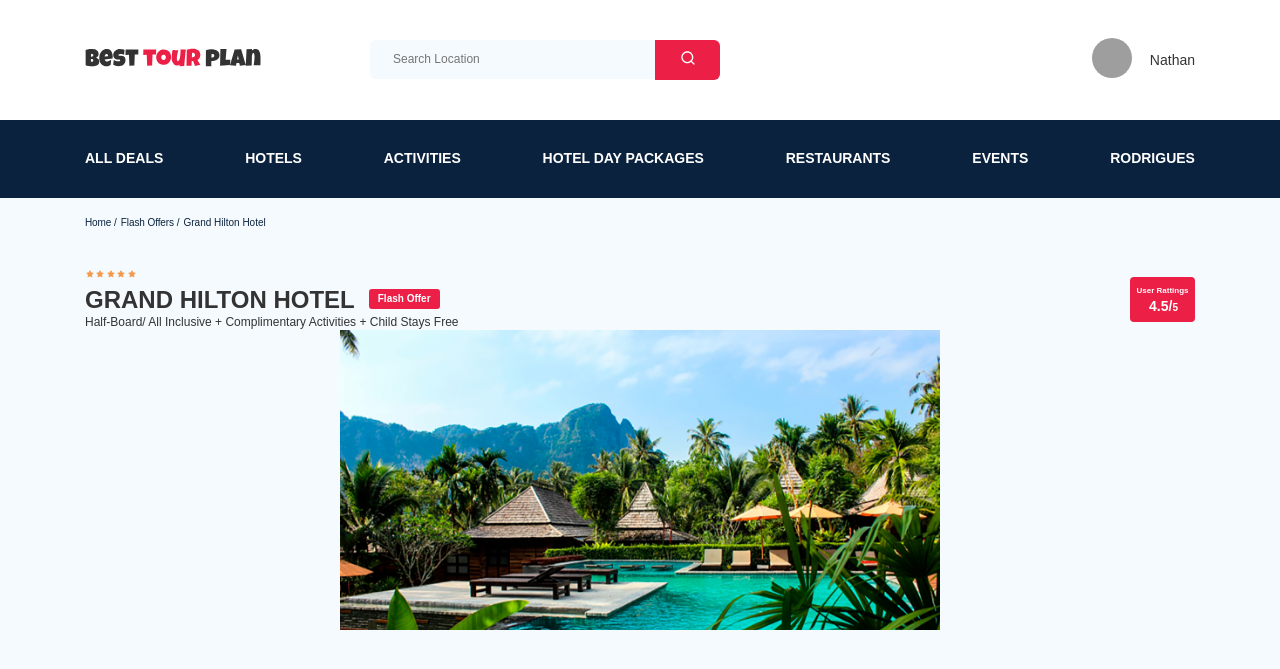
Repository: Nisovaki/tour-plan
Page: http://localhost/
An editor plug-in stored every save of this project. The page is shown before and after a run of saves, followed by the edit.
The browser window is 1280 px wide. The pictures show the whole page.
Pictures or frames that could not be fetched are drawn as grey boxes. Some web fonts or font styles are not loaded; a fallback is used. The page is run by PHP 8.4 with error messages shown; the project is at /var/www/html/. Style sheets and scripts are compiled from the project's sources, by tool versions that may differ from the author's.

Above is the page before, as saved 2022-01-17 17:42:40.

### src/index.html
<!DOCTYPE html>
<html lang="en">
<head>
   <meta charset="UTF-8">
   <meta http-equiv="X-UA-Compatible" content="IE=edge">
   <meta name="viewport" content="width=device-width, initial-scale=1.0">
   <!-- Подключение favicon -->
   <link rel="apple-touch-icon" sizes="180x180" href="img/Favicon/apple-touch-icon.png">
   <link rel="icon" type="image/png" sizes="32x32" href="img/Favicon/favicon-32x32.png">
   <link rel="icon" type="image/png" sizes="16x16" href="img/Favicon/favicon-16x16.png">
   <link rel="manifest" href="img/Favicon/site.webmanifest">
   <link rel="mask-icon" href="img/Favicon//safari-pinned-tab.svg" color="#5bbad5">
   <meta name="msapplication-TileColor" content="#da532c">
   <meta name="theme-color" content="#ffffff">
   <!-- Шрифт Mulish + Nunito -->
   <link rel="preconnect" href="https://fonts.googleapis.com">
   <link rel="preconnect" href="https://fonts.gstatic.com" crossorigin>
   <link href="https://fonts.googleapis.com/css2?family=Mulish:wght@400;700&family=Nunito:wght@400;700;800&display=swap"
      rel="stylesheet">
   <!-- Подключение слайдера -->
   <link rel="stylesheet" href="css/swiper-bundle.min.css">
   <!-- Подключение css -->
   <link rel="stylesheet" href="css/style.css">
   <title>Best tour plan - Hotel Booking</title>
</head>
<body>
   <header class="navbar">
      <div class="container">
         <div class="navbar-top">
            <a href="https://oshcherbakova.ru/tour-plan/" class="logo">
               <img src="img/header/horizontal-logo.svg" alt="Logo: Best tour plan" class="logo__image">
            </a>

            <form action="#" class="search navbar__search">
               <input type="text" class="search__input" placeholder="Search Location">
               <button class="search__button">
                  <img src="img/header/search.svg" alt="Icon: search" class="search__img">
               </button>
            </form>

            <a href="#" class="user navbar__user">
               <img src="img/header/user-avatar.jfif" alt="avatar: Nathan" class="user__avatar">
               <span class="user__name">Nathan</span>
            </a>

            <button class="menu-button  navbar-top__menu-button">
               <span class="menu-button__line"></span>
               <span class="menu-button__line"></span>
               <span class="menu-button__line"></span>
            </button>
         </div>
         <!-- /.header-top -->
      </div>
      <!-- /.container -->
      <div class="navbar-bottom">
         <div class="container">
            <nav class="navbar-menu">
               <ul class="navbar-menu__list">
                  <li class="navbar-menu__item">
                     <a href="#" class="navbar-menu__link">All Deals</a>
                  </li>

                  <li class="navbar-menu__item">
                     <a href="#" class="navbar-menu__link">Hotels</a>
                  </li>

                  <li class="navbar-menu__item">
                     <a href="#" class="navbar-menu__link">Activities</a>
                  </li>

                  <li class="navbar-menu__item">
                     <a href="#" class="navbar-menu__link">Hotel Day Packages</a>
                  </li>

                  <li class="navbar-menu__item">
                     <a href="#" class="navbar-menu__link">Restaurants</a>
                  </li>

                  <li class="navbar-menu__item">
                     <a href="#" class="navbar-menu__link">Events</a>
                  </li>

                  <li class="navbar-menu__item">
                     <a href="#" class="navbar-menu__link">Rodrigues</a>
                  </li>
               </ul>
            </nav>
            <!-- /.navbar-menu -->
         </div>
         <!-- /.container -->
      </div>
      <!-- /.navbar-bottom -->
   </header>
   <!-- /.header -->
   <nav class="breadcrumb">
      <div class="container">
         <ul class="breadcrumb-list">
            <li class="breadcrumb-list__item">
               <a href="#" class="breadcrumb-list__link">Home</a>
            </li>

            <li class="breadcrumb-list__item">
               <a href="#" class="breadcrumb-list__link">Flash Offers</a>
            </li>

            <li class="breadcrumb-list__item">
               Grand Hilton Hotel
            </li>
         </ul>
      </div>
   </nav>
   <!-- /.breadcrumb -->
   <section class="hotel">
      <div class="container">
         <div class="hotel-info">
            <div class="hotel-info__text">
               <div class="hotel-wrapper">
                  <div class="stars">
                     <img src="img/hotel/Star.svg" alt="star" class="stars__img">
                     <img src="img/hotel/Star.svg" alt="star" class="stars__img">
                     <img src="img/hotel/Star.svg" alt="star" class="stars__img">
                     <img src="img/hotel/Star.svg" alt="star" class="stars__img">
                     <img src="img/hotel/Star.svg" alt="star" class="stars__img">
                  </div>
                  <h1 class="hotel-name hotel-info__name">Grand Hilton Hotel</h1>
                  <span class="offer hotel-info__offer">Flash Offer</span>
                  <p class="hotel-description hotel-info__description">Half-Board<span class="hotel-description__space">&nbsp;</span>/ All Inclusive + Complimentary Activities + Child Stays Free</p>
               </div>
            </div>
            <!-- /.hotel-info__text -->
            <div class="rating hotel-info__rating">
               <span class="rating__text">User Rattings</span>
               <span class="rating__counter">4.5/<span class="rating__counter-sub">5</span></span>
            </div>
            <!-- /.hotel-info__rating -->
         </div>
         <!-- /.hotel-info -->
         <div class="hotel-grid">
            <div class="slider">
               <!-- Slider main container -->
               <div class="swiper">
                  <!-- Additional required wrapper -->
                  <div class="swiper-wrapper">
                     <!-- Slides -->
                     <div class="swiper-slide">
                        <img src="img/hotel/slider.jpg" alt="slide">
                     </div>
                     <div class="swiper-slide">
                        <img src="img/hotel/slider.jpg" alt="slide">
                     </div>
                     <div class="swiper-slide">
                        <img src="img/hotel/slider.jpg" alt="slide">
                     </div>
                     ...
                  </div>
                  <!-- If we need navigation buttons -->
                  <button class="swiper-buttom swiper-button--prev"></button>
                  <button class="swiper-buttom swiper-button--next"></button>
               </div>
               <!-- /swiper-container -->
            </div>
            <!-- /slider -->
         </div>
         <!-- /hotel-grid -->
      </div>
      <!-- /.container -->
   </section>
   <!-- /.hotel -->

   <!-- Слайдер -->
   <script src="js/swiper-bundle.min.js"></script>
   <script src="js/main.js"></script>
</body>
</html>

### src/sass/style.sass
// Подключение Normalize.scss
@import '_normalize.scss'
// Подключение переменных
@import '_variables.sass'
// Подключение базовых настроек
@import '_settings.sass'
// Стили для блока Header
@import 'blocks/_header.sass'
// Хлебные крошки
@import 'blocks/_breadcrumb.sass'
// Стили блока отель
@import 'blocks/_hotel.sass'
// Подключение стилей для адаптива
@import '_media.sass'

### src/sass/_variables.sass
$primary: #EC1F46
$secondary: #F5FAFE
$text-colors: #333333
$dark: #0A223D
$light: #ffffff

### src/sass/_settings.sass
*
   box-sizing: border-box
body
   font-family: 'Mulish', sans-serif
   background-color: $secondary
   color: $text-colors
.container
   max-width: 1110px
   margin: auto
img
   max-width: 100%

### src/sass/blocks/_header.sass
.navbar
   background-color: $light
   &-top
      display: flex
      align-items: center
      justify-content: space-between
      padding: 40px 0
      &__menu-button
         display: none
   &__search
      margin-right: auto
      margin-left: 108px
   &-bottom
      background-color: $dark
   &-menu
      padding-top: 29px
      padding-bottom: 31px
      &__list
         list-style-type: none
         margin: 0
         padding: 0
         display: flex
         align-items: center
         justify-content: space-between
         color: $light
      &__link
         text-decoration: none
         color: inherit
         text-transform: uppercase
         font-size: 14px
         font-weight: 700
         line-height: 18px
.logo
   width: 177px
.search
   display: flex
   position: relative
   overflow: hidden
   border-radius: 6px
   height: 40px
   &__input
      margin-top: -1px
      width: 350px
      height: 100%
      padding-left: 23px
      padding-right: 75px
      background-color: #F5FAFE
      border-radius: 6px
      border: none
      font-size: 12px
      line-height: 15px
      outline: none
   &__button
      position: absolute
      top: 0
      right: 0
      width: 65px
      height: 100%
      border: none
      background-color: $primary
      cursor: pointer
   &__img
      margin-top: 1px
.user
   display: flex
   align-items: center
   text-decoration: none
   color: inherit
   &__avatar
      margin-top: -5px
      width: 40px
      height: 40px
      border-radius: 50%
      object-fit: cover
   &__name
      margin-left: 18px
      font-size: 14px
      line-height: 18px

### src/sass/blocks/_breadcrumb.sass
.breadcrumb
   &-list
      display: flex
      align-items: center
      padding: 18px 0
      margin: 0
      list-style: none
      &__item
         font-size: 10px
         line-height: 13px
         color: $dark
         &:not(:last-child)
            &::after
               content: '/'
               margin-right: 4px
      &__link
         text-decoration: none
         color: $dark
         letter-spacing: -0.1px

### src/sass/blocks/_hotel.sass
.hotel
   padding-top: 17px
   padding-bottom: 70px
   &-info
      display: flex
      align-items: center
      justify-content: space-between
      &__offer
         margin-left: 14px
         margin-top: 1px
      &__name
         margin-top: 2px
         margin-bottom: 0px
      &__description
         margin: 0
      &__rating
         padding-top: 2px
         margin-top: 4px
   &-description
      font-size: 12px
      line-height: 15px
      flex-basis: 60%
      &__space
         display: none
   &-name
      font-size: 24px
      font-weight: 700
      line-height: 30px
      text-transform: uppercase
   &-wrapper
      display: flex
      flex-wrap: wrap
      align-items: center
.stars
   flex-basis: 100%
   margin-left: 1px
   &__img
      margin-right: -2px
.offer
   padding: 3px 9px 4px 9px
   font-size: 10px
   font-weight: 600
   line-height: 13px
   background-color: $primary
   border-radius: 3px
   color: $light
.rating
   max-width: 65px
   min-height: 45px
   text-align: center
   color: $light
   background-color: $primary
   border-radius: 4px
   &__text
      font-size: 8px
      font-weight: 600
      line-height: 10px
   &__counter
      margin-left: 2px
      font-size: 14px
      font-weight: 700
      line-height: 18px
      &-sub
         font-size: 10px
.swiper
  width: 600px
  height: 300px
  position: relative
  &-buttom
     position: absolute
     top: 0
     width: 30px
     height: 30px
     border: none
     background-color: red

### src/sass/_media.sass
@media (max-width: 1200px)
   .container
      max-width: 960px
@media (max-width: 992px)
   .container
      max-width: 700px
   .logo
      width: 132px
   .navbar
      &-top
         padding-top: 29px
         padding-bottom: 30px
      &__search
         margin-left: 7%
      &-menu
         padding: 20px 0
         &__list
            &:first-child
               margin-left: 14px
            &:last-child
               margin-right: 14px
         &__link
            font-size: 12px
   .search
      &__input
         margin-top: 1px
         width: 339px
         padding-left: 22px
      &__img
            margin-top: 4px
   .user
      &__avatar
         margin-top: 0px
      &__name
         margin-top: 4px
   .hotel
      padding-top: 15px
      &-info
         &__rating
            margin-top: 5px
      &-description
         flex-basis: 70%
         &__space
            display: inline
   .breadcrumb
      &-list
         padding: 19px 0
         &__item
            letter-spacing: -0.1px
   .rating
      &__counter
         margin-left: 0
@media (max-width: 768px)
   .container
      max-width: 576px
      width: 92%
   .navbar
      &__search, &-menu, &__user
         display: none
   .menu
      &-button
         display: flex
         width: 16px
         height: 11px
         padding: 0
         align-items: center
         justify-content: space-between
         flex-direction: column
         background-color: $light
         border: none
         cursor: pointer
         &__line
            width: 16px
            height: 1px
            background-color: $text-colors
   .stars
      flex-basis: content
   .hotel
      &-name
         flex-basis: 100%
      &-wrapper
         justify-content: space-between
      &-info
         &__text
            width: 100%
         &__name
            margin-top: 10px
         &__rating
            display: none
         &__offer
            order: -1
            margin-left: 0
@media (max-width: 576px)
   .container
      max-width: 95%
      .navbar
      &-top
         padding: 22px 0
         &__menu
            &-button
               margin-top: 7px
   .logo
      width: 99px
@media (min-width: 320px) and (max-width: 480px)
   .container
      max-width: 88%
   .navbar
      &-top
         padding-top: 22px
         padding-bottom: 29px
         &__menu
            &-button
               margin-top: 7px
               margin-right: 1px
   .hotel
      padding-top: 3px
      &-info
         &__offer
            margin-left: 2px
      &-description
         flex-basis: 100%
         line-height: 16px
         &__space
            display: none
   .stars
      margin-right: 18px

### src/img/header/search.svg
<svg width="16" height="16" viewBox="0 0 16 16" fill="none" xmlns="http://www.w3.org/2000/svg">
<path fill-rule="evenodd" clip-rule="evenodd" d="M7.33325 2.66668C4.75592 2.66668 2.66659 4.75601 2.66659 7.33334C2.66659 9.91067 4.75592 12 7.33325 12C9.91058 12 11.9999 9.91067 11.9999 7.33334C11.9999 4.75601 9.91058 2.66668 7.33325 2.66668ZM1.33325 7.33334C1.33325 4.01963 4.01954 1.33334 7.33325 1.33334C10.647 1.33334 13.3333 4.01963 13.3333 7.33334C13.3333 10.6471 10.647 13.3333 7.33325 13.3333C4.01954 13.3333 1.33325 10.6471 1.33325 7.33334Z" fill="white"/>
<path fill-rule="evenodd" clip-rule="evenodd" d="M10.6286 10.6286C10.889 10.3682 11.3111 10.3682 11.5714 10.6286L14.4714 13.5286C14.7318 13.7889 14.7318 14.211 14.4714 14.4714C14.2111 14.7317 13.789 14.7317 13.5286 14.4714L10.6286 11.5714C10.3683 11.311 10.3683 10.8889 10.6286 10.6286Z" fill="white"/>
</svg>

### src/img/hotel/Star.svg
<svg width="8" height="8" viewBox="0 0 8 8" fill="none" xmlns="http://www.w3.org/2000/svg">
<path fill-rule="evenodd" clip-rule="evenodd" d="M4.00005 0.333328C4.12692 0.333328 4.2428 0.405352 4.29895 0.51912L5.25147 2.44882L7.38159 2.76017C7.50711 2.77851 7.61134 2.86652 7.65047 2.98718C7.68959 3.10785 7.65683 3.24027 7.56596 3.32878L6.02489 4.82978L6.38859 6.95031C6.41004 7.07538 6.35862 7.20177 6.25596 7.27635C6.1533 7.35092 6.0172 7.36075 5.9049 7.30169L4.00005 6.29994L2.0952 7.30169C1.9829 7.36075 1.8468 7.35092 1.74414 7.27635C1.64148 7.20177 1.59006 7.07538 1.61151 6.95031L1.97521 4.82978L0.434139 3.32878C0.343267 3.24027 0.310509 3.10785 0.349635 2.98718C0.388761 2.86652 0.492988 2.77851 0.618508 2.76017L2.74863 2.44882L3.70115 0.51912C3.7573 0.405352 3.87318 0.333328 4.00005 0.333328ZM4.00005 1.41975L3.26895 2.90087C3.22044 2.99915 3.12671 3.06731 3.01826 3.08316L1.38285 3.3222L2.56596 4.47454C2.64459 4.55112 2.68047 4.6615 2.66192 4.76968L2.38278 6.39722L3.8449 5.6283C3.94203 5.57723 4.05807 5.57723 4.1552 5.6283L5.61732 6.39722L5.33818 4.76968C5.31963 4.6615 5.35552 4.55112 5.43414 4.47454L6.61725 3.3222L4.98184 3.08316C4.87339 3.06731 4.77966 2.99915 4.73115 2.90087L4.00005 1.41975Z" fill="#F2994A"/>
<path d="M2.33333 5L1 3L3 2.66667L4 1L5 2.66667L7 3.33333L5.66667 4.66667L6 7L4 6L2 7L2.33333 5Z" fill="#F2994A"/>
</svg>

### src/js/main.js
const swiper = new Swiper('.swiper', {
  // Optional parameters
  loop: true,

  // Navigation arrows
  navigation: {
    nextEl: '.swiper-button--next',
    prevEl: '.swiper-button--prev',
  },
});

Loaded but not shown: src/sass/_normalize.scss (common file); src/css/swiper-bundle.min.css (library); src/js/swiper-bundle.min.js (library); src/img/header/horizontal-logo.svg (4 lines, source omitted)

After the next 4 saves:
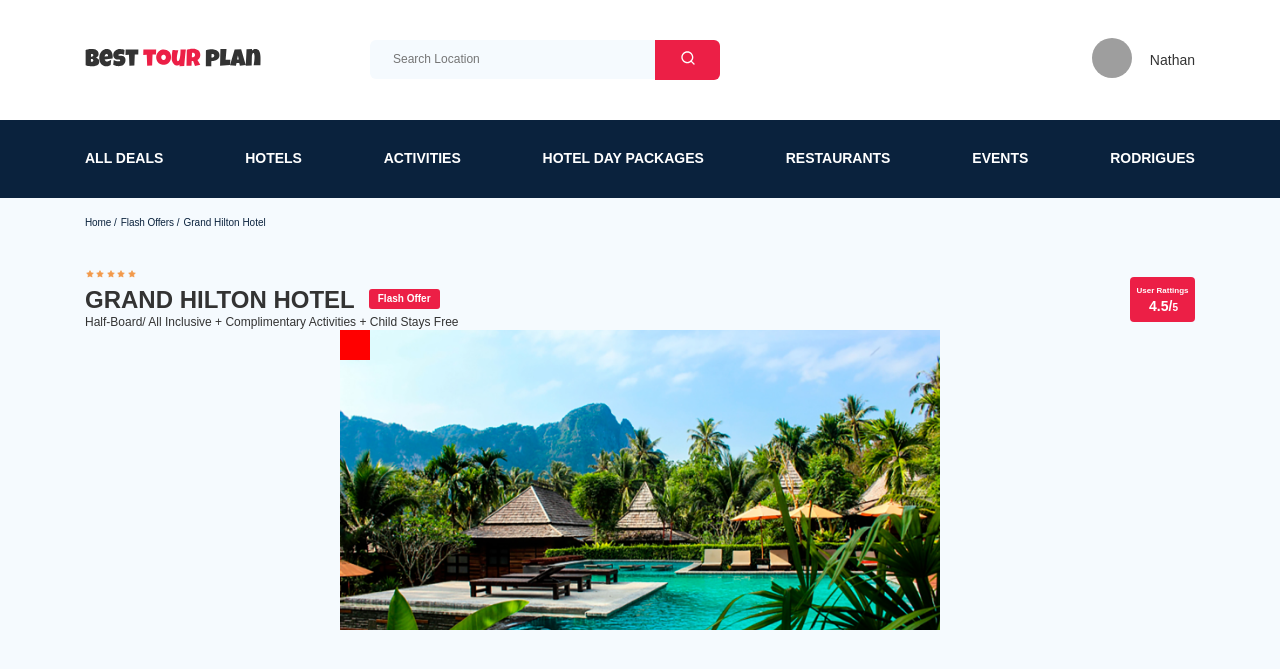
The 4 saves are shown as one change because they came seconds apart.
The last was saved 28 s later.
--- a/src/sass/blocks/_hotel.sass
+++ b/src/sass/blocks/_hotel.sass
@@ -69,6 +69,7 @@
   &-buttom
      position: absolute
      top: 0
+     z-index: 99
      width: 30px
      height: 30px
      border: none
